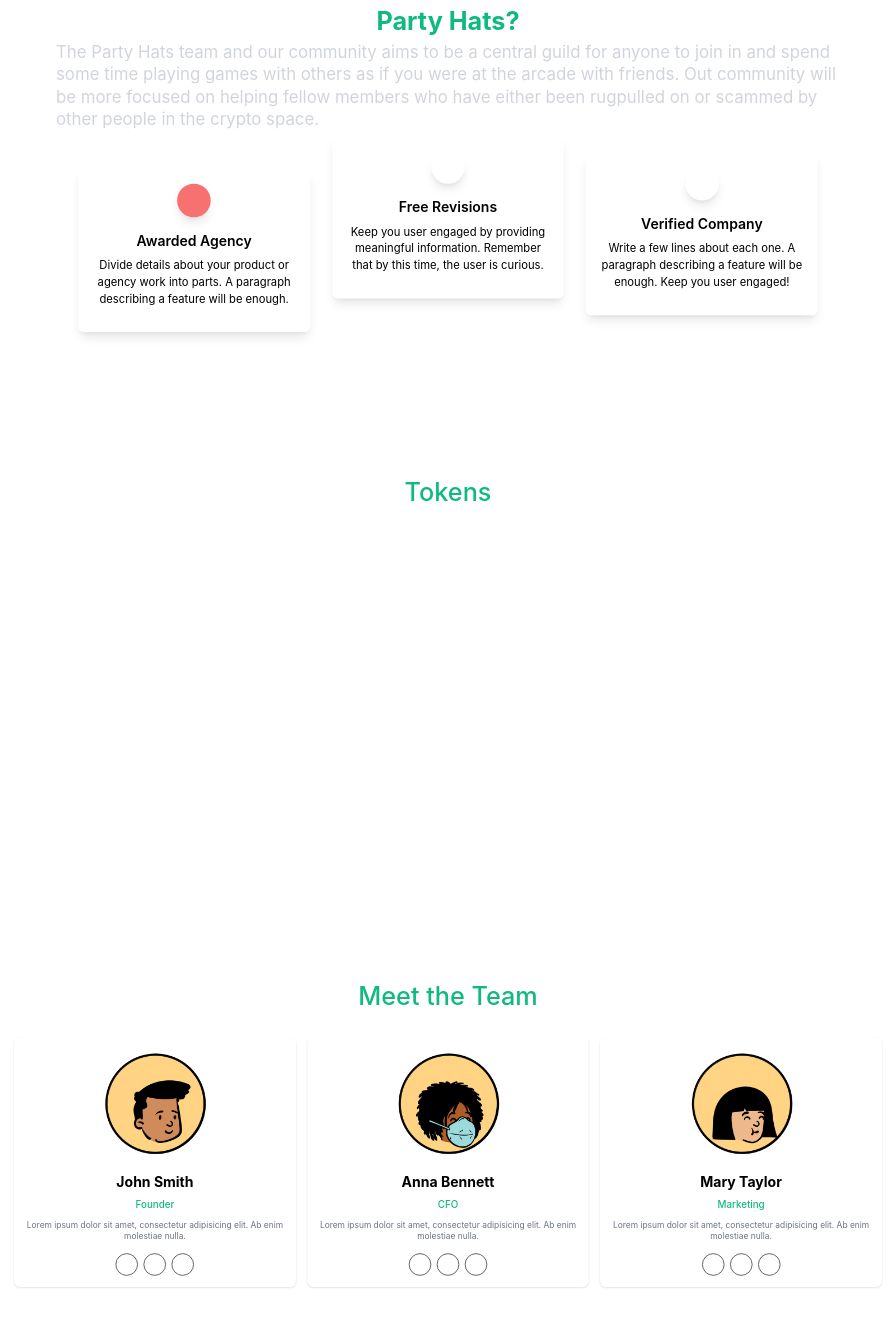
Repository: rhinorphan/phat-landing-page
Page: /
An editor plug-in stored every save of this project. The page is shown before and after the next save, followed by the edit.
The browser window is 1280 px wide. The pictures show the part of the page from y = 1359 to 3279 px (the page is 3944 px tall before and 3968 px after), at 70% of full size.
The project was rebuilt for these pictures with package versions that can differ from the ones it lists, and the page was loaded fresh each time. Also part of the build but not shown: craco.config.js.

Above is the page before, as saved 2021-11-17 17:29:15.

### public/index.html
<!DOCTYPE html>
<html lang="en">
  <head>
    <meta charset="utf-8" />
    <link rel="icon" href="%PUBLIC_URL%/assets/images/server_icon.png" />
    <meta name="PHAT" content="width=device-width, initial-scale=1" />
    <meta name="theme-color" content="#000000" />
    <meta
      name="description"
      content="PHAT Landing Page"
    />
    <link rel="apple-touch-icon" href="%PUBLIC_URL%/assets/images/server_icon.png" />
    <!--
      manifest.json provides metadata used when your web app is installed on a
      user's mobile device or desktop. See https://developers.google.com/web/fundamentals/web-app-manifest/
    -->
    <link rel="manifest" href="%PUBLIC_URL%/manifest.json" />
    <!--
      Notice the use of %PUBLIC_URL% in the tags above.
      It will be replaced with the URL of the `public` folder during the build.
      Only files inside the `public` folder can be referenced from the HTML.

      Unlike "/favicon.ico" or "favicon.ico", "%PUBLIC_URL%/favicon.ico" will
      work correctly both with client-side routing and a non-root public URL.
      Learn how to configure a non-root public URL by running `npm run build`.
    -->
    <title>Party Hats</title>
  </head>
  <body>
    <noscript>You need to enable JavaScript to run this app.</noscript>
    <div id="root"></div>
    <!--
      This HTML file is a template.
      If you open it directly in the browser, you will see an empty page.

      You can add webfonts, meta tags, or analytics to this file.
      The build step will place the bundled scripts into the <body> tag.

      To begin the development, run `npm start` or `yarn start`.
      To create a production bundle, use `npm run build` or `yarn build`.
    -->
  </body>
</html>

### src/App.js
import logo from './logo.svg';
import './App.css';
import Header from './components/Header';
import Contact from './components/Contact';
import Landing from './components/Landing';
import Community from './components/Community';
import Tokens from './components/Tokens';
import About from './components/About';

function App() {
  return (
    <div className="app">
        <Header />
        <div className="app__body">
          <Landing />
          <Community />
          <Tokens />
          <About />
          <Contact />
        </div>
    </div>
  );
}

export default App;

### src/App.css
.active {
  @apply py-4 px-2 text-green-500 border-b-4 border-green-500 font-semibold
}

.active2 {
  @apply block text-sm px-2 py-4 text-white bg-green-500 font-semibold
}

.nobull {
  list-style-type: none;
}

### src/components/Header.js
import React from 'react';
import { Link, animateScroll as scroll } from "react-scroll";

function Header() {

  const handleSubmit = (e) => {
    e.preventDefault();

		const menu = document.querySelector(".mobile-menu");

		menu.classList.toggle("hidden");
  }
  const scrollToTop = (e) => {
    scroll.scrollToTop();
  };

  return (
    <nav class="bg-white shadow-lg sticky top-0">
			<div class="max-w-6xl mx-auto px-4">
				<div class="flex justify-between">
					<div class="flex space-x-7">
						<div>
							<a href="" class="flex items-center py-4 px-2">
								<img src={`${process.env.PUBLIC_URL}/assets/images/server_icon.png`} alt="Logo" class="inline object-cover w-12 h-12 mr-4 rounded-full"/>
								<span onClick={scrollToTop}class="font-semibold text-gray-500 text-lg">Party Hats</span>
							</a>
						</div>
						<div class="hidden md:flex items-center space-x-1 nobull">
              <li><Link activeClass="active" className="py-4 px-2 text-gray-500 font-semibold hover:text-green-500 transition duration-300 cursor-pointer"
              to="landing" spy={true} smooth={true} duration={500}>Home</Link></li>
							<li><Link activeClass="active" className="py-4 px-2 text-gray-500 font-semibold hover:text-green-500 transition duration-300 cursor-pointer"
              to="community" spy={true} smooth={true} duration={500}>Community</Link></li>
              <li><Link activeClass="active" className="py-4 px-2 text-gray-500 font-semibold hover:text-green-500 transition duration-300 cursor-pointer"
              to="token" spy={true} smooth={true} duration={500}>Tokens</Link></li>
							<li><Link activeClass="active" className="py-4 px-2 text-gray-500 font-semibold hover:text-green-500 transition duration-300 cursor-pointer"
              to="about" spy={true} smooth={true} duration={500}>About</Link></li>
							<li><Link activeClass="active" className="py-4 px-2 text-gray-500 font-semibold hover:text-green-500 transition duration-300 cursor-pointer"
              to="contact" spy={true} smooth={true} duration={500}>Contact</Link></li>
						</div>
					</div>
					<div class="hidden md:flex items-center space-x-3 ">
						<a target="_blank" rel="noopener noreferrer" href="https://tetr.io/" class="py-2 px-8 font-medium text-white bg-green-500 hover:bg-green-400 transition duration-300 rounded-full">Play</a>
					</div>
					<div class="md:hidden flex items-center">
						<button class="outline-none mobile-menu-button" onClick={handleSubmit}>
						<svg class=" w-6 h-6 text-gray-500 hover:text-green-500 "
							x-show="!showMenu"
							fill="none"
							stroke-linecap="round"
							stroke-linejoin="round"
							stroke-width="2"
							viewBox="0 0 24 24"
							stroke="currentColor"
						>
							<path d="M4 6h16M4 12h16M4 18h16"></path>
						</svg>
					</button>
					</div>
				</div>
			</div>
			<div class="hidden mobile-menu">
				<ul class="">
					<li><Link activeClass="active2" className="block text-sm px-2 py-4 hover:bg-green-500 transition duration-300 hover:text-white cursor-pointer"
              to="landing" spy={true} smooth={true} duration={500}>Home</Link></li>
					<li><Link activeClass="active2" className="block text-sm px-2 py-4 hover:bg-green-500 transition duration-300 hover:text-white cursor-pointer"
              to="community" spy={true} smooth={true} duration={500}>Community</Link></li>
          <li><Link activeClass="active2" className="block text-sm px-2 py-4 hover:bg-green-500 transition duration-300 hover:text-white cursor-pointer"
              to="token" spy={true} smooth={true} duration={500}>Tokens</Link></li>
					<li><Link activeClass="active2" className="block text-sm px-2 py-4 hover:bg-green-500 transition duration-300 hover:text-white cursor-pointer"
              to="about" spy={true} smooth={true} duration={500}>About</Link></li>
					<li><Link activeClass="active2" className="block text-sm px-2 py-4 hover:bg-green-500 transition duration-300 hover:text-white cursor-pointer"
              to="contact" spy={true} smooth={true} duration={500}>Contact</Link></li>
				</ul>
			</div>
		</nav>
  )
}

export default Header

### src/components/Contact.js
import React from 'react'
import { Link, animateScroll as scroll } from "react-scroll";

function Contact() {

  return (
    <section
      className="text-gray-700 body-font h-100" name="contact">
        <div className="container px-5 py-18 mx-auto">
          <div className="flex flex-col text-center w-full mb-12">
            <h1 className="sm:text-4xl text-2xl font-medium title-font mb-4 text-green-500">
              Contact Us
            </h1>
            <p className="lg:w-2/3 mx-auto leading-relaxed text-base">
            Neque porro quisquam est qui dolorem ipsum quia dolor sit amet, consectetur, adipisci velit.
            </p>
          </div>
          <div className="lg:w-1/2 md:w-2/3 mx-auto">
            <div className="flex flex-wrap -m-2">
              <div className="p-2 w-1/2">
                <div className="">
                  <label for="name" className="leading-7 text-sm text-gray-600">
                    Name
                  </label>
                  <input
                    type="text"
                    id="name"
                    name="name"
                    className="w-full bg-gray-100 rounded border border-gray-300 focus:border-green-500 text-base outline-none text-gray-700 py-1 px-3 leading-8 transition-colors duration-200 ease-in-out"
                  />
                </div>
              </div>
              <div className="p-2 w-1/2">
                <div className="">
                  <label
                    for="email"
                    className="leading-7 text-sm text-gray-600"
                  >
                    Email
                  </label>
                  <input
                    type="email"
                    id="email"
                    name="email"
                    className="w-full bg-gray-100 rounded border border-gray-300 focus:border-green-500 text-base outline-none text-gray-700 py-1 px-3 leading-8 transition-colors duration-200 ease-in-out"
                  />
                </div>
              </div>
              <div className="p-2 w-full">
                <div className="">
                  <label
                    for="message"
                    className="leading-7 text-sm text-gray-600"
                  >
                    Message
                  </label>
                  <textarea
                    id="message"
                    name="message"
                    className="w-full bg-gray-100 rounded border border-gray-300 focus:border-green-500 h-32 text-base outline-none text-gray-700 py-1 px-3 resize-none leading-6 transition-colors duration-200 ease-in-out"
                  ></textarea>
                </div>
              </div>
              <div className="p-2 w-full">
                <button className="flex mx-auto py-2 px-8 font-medium text-white bg-green-500 rounded hover:bg-green-400 transition duration-300">
                  Send
                </button>
              </div>
              <div className="p-2 w-full pt-8 mt-8 border-t border-gray-200 text-center">
                <a className="text-green-500">example@email.com</a>
                <p className="leading-normal my-5">
                  49 Smith St.
                  <br />
                  Saint Cloud, MN 56301
                </p>
                <span className="inline-flex">
                  <a className="ml-4 text-gray-500">
                    <svg xmlns="http://www.w3.org/2000/svg" className="w-5 h-5" fill="currentColor" class="bi bi-discord" viewBox="0 0 16 16">
                      <path d="M13.545 2.907a13.227 13.227 0 0 0-3.257-1.011.05.05 0 0 0-.052.025c-.141.25-.297.577-.406.833a12.19 12.19 0 0 0-3.658 0 8.258 8.258 0 0 0-.412-.833.051.051 0 0 0-.052-.025c-1.125.194-2.22.534-3.257 1.011a.041.041 0 0 0-.021.018C.356 6.024-.213 9.047.066 12.032c.001.014.01.028.021.037a13.276 13.276 0 0 0 3.995 2.02.05.05 0 0 0 .056-.019c.308-.42.582-.863.818-1.329a.05.05 0 0 0-.01-.059.051.051 0 0 0-.018-.011 8.875 8.875 0 0 1-1.248-.595.05.05 0 0 1-.02-.066.051.051 0 0 1 .015-.019c.084-.063.168-.129.248-.195a.05.05 0 0 1 .051-.007c2.619 1.196 5.454 1.196 8.041 0a.052.052 0 0 1 .053.007c.08.066.164.132.248.195a.051.051 0 0 1-.004.085 8.254 8.254 0 0 1-1.249.594.05.05 0 0 0-.03.03.052.052 0 0 0 .003.041c.24.465.515.909.817 1.329a.05.05 0 0 0 .056.019 13.235 13.235 0 0 0 4.001-2.02.049.049 0 0 0 .021-.037c.334-3.451-.559-6.449-2.366-9.106a.034.034 0 0 0-.02-.019Zm-8.198 7.307c-.789 0-1.438-.724-1.438-1.612 0-.889.637-1.613 1.438-1.613.807 0 1.45.73 1.438 1.613 0 .888-.637 1.612-1.438 1.612Zm5.316 0c-.788 0-1.438-.724-1.438-1.612 0-.889.637-1.613 1.438-1.613.807 0 1.451.73 1.438 1.613 0 .888-.631 1.612-1.438 1.612Z"/>
                    </svg>
                  </a>
                  <a className="ml-4 text-gray-500">
                    <svg xmlns="http://www.w3.org/2000/svg" className="w-5 h-5" fill="currentColor" class="bi bi-telegram" viewBox="0 0 16 16">
                      <path d="M16 8A8 8 0 1 1 0 8a8 8 0 0 1 16 0zM8.287 5.906c-.778.324-2.334.994-4.666 2.01-.378.15-.577.298-.595.442-.03.243.275.339.69.47l.175.055c.408.133.958.288 1.243.294.26.006.549-.1.868-.32 2.179-1.471 3.304-2.214 3.374-2.23.05-.012.12-.026.166.016.047.041.042.12.037.141-.03.129-1.227 1.241-1.846 1.817-.193.18-.33.307-.358.336a8.154 8.154 0 0 1-.188.186c-.38.366-.664.64.015 1.088.327.216.589.393.85.571.284.194.568.387.936.629.093.06.183.125.27.187.331.236.63.448.997.414.214-.02.435-.22.547-.82.265-1.417.786-4.486.906-5.751a1.426 1.426 0 0 0-.013-.315.337.337 0 0 0-.114-.217.526.526 0 0 0-.31-.093c-.3.005-.763.166-2.984 1.09z"/>
                    </svg>
                  </a>
                </span>
              </div>
            </div>
          </div>
        </div>
      </section>
  )
}

export default Contact

### src/components/Landing.js
import React from 'react'
import { Link, animateScroll as scroll } from "react-scroll";

function Landing() {
  return (
    <section className="grid md:flex place-items-center h-screen py-10 px-4" name="landing">
      <div class="mx-16">
        <h2 class="text-4xl  font-bold mb-2 text-green-500">
          Community Arcade Cabinet
        </h2>
        <h3 class="text-2xl mb-2 text-gray-300">
        With your beloved games.
        </h3>
        <h3 class="text-2xl mb-8 text-green-500">
        Join the revolution!
        </h3>

        <button class="m-2 bg-white font-bold rounded-full py-4 px-8 shadow-lg uppercase tracking-wider text-green-500 hover:bg-green-400 transition duration-300 hover:text-white">
          <a target="_blank" rel="noopener noreferrer" href="https://lionell-moore.gitbook.io/crypto-party-hats/introductions/what-is-party-hats">Whitepaper</a>
        </button>
        <button class="m-2 bg-white font-bold rounded-full py-4 px-8 shadow-lg uppercase tracking-wider text-green-500 hover:bg-green-400 transition duration-300 hover:text-white">
          <a target="_blank" rel="noopener noreferrer" href="#"><Link activeClass="active"
              to="community" spy={true} smooth={true} duration={500}>Learn More</Link></a>
        </button>
      </div>
      <div className="w-full">
        <img src={`${process.env.PUBLIC_URL}/assets/images/landing.png`} alt="" className="h-full w-full"/>
      </div>
    </section>
  )
}

export default Landing

### src/components/Community.js
import React from 'react'

function Community() {
  return (
    <section className="grid md:grid place-items-center h-100 py-10 px-4" name="community">
      <div className="w-min-50">
        <img src={`${process.env.PUBLIC_URL}/assets/images/collab.png`} alt=""/>
      </div>
      <div class="mx-16 w-50">
        <h2 class="flex text-4xl  font-bold mb-2 text-green-500 justify-center">
        Party Hats?
        </h2>
        <h3 class="flex text-2xl mb-2 text-gray-300 justify-content">
        The Party Hats team and our community aims to be a central guild for anyone to join in and spend some time playing games with others as if you were at the arcade with friends. Out community will be more focused on helping fellow members who have either been rugpulled on or scammed by other people in the crypto space.
        </h3>
        <section class="pb-10 bg-blueGray-200 mt-2">
        <div class="container mx-auto px-4">
          <div class="flex flex-wrap">
            <div class="lg:pt-12 pt-6 w-full md:w-4/12 px-4 text-center">
              <div class="relative flex flex-col min-w-0 break-words bg-white w-full mb-8 shadow-lg rounded-lg">
                <div class="px-4 py-5 flex-auto">
                  <div class="text-white p-3 text-center inline-flex items-center justify-center w-12 h-12 mb-5 shadow-lg rounded-full bg-red-400">
                    <i class="fas fa-award"></i>
                  </div>
                  <h6 class="text-xl font-semibold">Awarded Agency</h6>
                  <p class="mt-2 mb-4 text-blueGray-500">
                    Divide details about your product or agency work into parts.
                    A paragraph describing a feature will be enough.
                  </p>
                </div>
              </div>
            </div>
            <div class="w-full md:w-4/12 px-4 text-center">
              <div class="relative flex flex-col min-w-0 break-words bg-white w-full mb-8 shadow-lg rounded-lg">
                <div class="px-4 py-5 flex-auto">
                  <div class="text-white p-3 text-center inline-flex items-center justify-center w-12 h-12 mb-5 shadow-lg rounded-full bg-lightBlue-400">
                    <i class="fas fa-retweet"></i>
                  </div>
                  <h6 class="text-xl font-semibold">Free Revisions</h6>
                  <p class="mt-2 mb-4 text-blueGray-500">
                    Keep you user engaged by providing meaningful information.
                    Remember that by this time, the user is curious.
                  </p>
                </div>
              </div>
            </div>
            <div class="pt-6 w-full md:w-4/12 px-4 text-center">
              <div class="relative flex flex-col min-w-0 break-words bg-white w-full mb-8 shadow-lg rounded-lg">
                <div class="px-4 py-5 flex-auto">
                  <div class="text-white p-3 text-center inline-flex items-center justify-center w-12 h-12 mb-5 shadow-lg rounded-full bg-emerald-400">
                    <i class="fas fa-fingerprint"></i>
                  </div>
                  <h6 class="text-xl font-semibold">Verified Company</h6>
                  <p class="mt-2 mb-4 text-blueGray-500">
                    Write a few lines about each one. A paragraph describing a
                    feature will be enough. Keep you user engaged!
                  </p>
                </div>
              </div>
            </div>
          </div>
        </div>
        </section>
      </div>
    </section>
  )
}

export default Community

### src/components/Tokens.js
import React from 'react'

function Tokens() {
  return (
    <section name="token" className="h-screen container px-5 py-24 mx-auto flex justify-center">
      <p className="sm:text-4xl text-2xl font-medium title-font mb-4 text-green-500">Tokens</p>
    </section>
  )
}

export default Tokens

### src/components/About.js
import React from 'react'

// shadow-lg border border-gray-200 rounded-full overflow-hidden - picture TEAM div className

function About() {
  return (
    <section name="about" className="h-100 container px-5 py-24 mx-auto flex-col">
      <div>
        <p className="flex justify-center sm:text-4xl text-2xl font-medium title-font mb-10 text-green-500">Meet the Team</p>
      </div>
      <div class="flex flex-col sm:flex-row gap-4">

			<div class="flex flex-col items-center justify-center bg-white p-4 shadow rounded-lg">
				<div class="inline-flex h-40 w-40">
					<img src={`${process.env.PUBLIC_URL}/assets/images/team1.png`}
						 alt=""
						 class="h-full w-full"/>
				</div>

				<h2 class="mt-4 font-bold text-xl">John Smith</h2>
				<h6 class="mt-2 text-sm font-medium text-green-500">Founder</h6>

				<p class="text-xs text-gray-500 text-center mt-3">
					Lorem ipsum dolor sit amet, consectetur adipisicing elit. Ab enim molestiae nulla.
				</p>

				<ul class="flex flex-row mt-4 space-x-2">
					<li>
						<a href="" class="flex items-center justify-center h-8 w-8 border rounded-full text-gray-800 border-gray-800">
							<i class="fab fa-facebook"></i>
						</a>
					</li>
					<li>
						<a href="" class="flex items-center justify-center h-8 w-8 border rounded-full text-gray-800 border-gray-800">
							<i class="fab fa-twitter"></i>
						</a>
					</li>
					<li>
						<a href="" class="flex items-center justify-center h-8 w-8 border rounded-full text-gray-800 border-gray-800">
							<i class="fab fa-instagram"></i>
						</a>
					</li>
				</ul>
			</div>

			<div class="flex flex-col items-center justify-center bg-white p-4 shadow rounded-lg">
				<div class="inline-flex h-40 w-40">
					<img src={`${process.env.PUBLIC_URL}/assets/images/team2.png`}
						 alt=""
						 class="h-full w-full"/>
				</div>

				<h2 class="mt-4 font-bold text-xl">Anna Bennett</h2>
				<h6 class="mt-2 text-sm font-medium text-green-500">CFO</h6>

				<p class="text-xs text-gray-500 text-center mt-3">
					Lorem ipsum dolor sit amet, consectetur adipisicing elit. Ab enim molestiae nulla.
				</p>

				<ul class="flex flex-row mt-4 space-x-2">
					<li>
						<a href="" class="flex items-center justify-center h-8 w-8 border rounded-full text-gray-800 border-gray-800">
							<i class="fab fa-facebook"></i>
						</a>
					</li>
					<li>
						<a href="" class="flex items-center justify-center h-8 w-8 border rounded-full text-gray-800 border-gray-800">
							<i class="fab fa-twitter"></i>
						</a>
					</li>
					<li>
						<a href="" class="flex items-center justify-center h-8 w-8 border rounded-full text-gray-800 border-gray-800">
							<i class="fab fa-instagram"></i>
						</a>
					</li>
				</ul>
			</div>

			<div class="flex flex-col items-center justify-center bg-white p-4 shadow rounded-lg">
				<div class="inline-flex h-40 w-40">
					<img src={`${process.env.PUBLIC_URL}/assets/images/team3.png`}
						 alt=""
						 class="h-full w-full"/>
				</div>

				<h2 class="mt-4 font-bold text-xl">Mary Taylor</h2>
				<h6 class="mt-2 text-sm font-medium text-green-500">Marketing</h6>

				<p class="text-xs text-gray-500 text-center mt-3">
					Lorem ipsum dolor sit amet, consectetur adipisicing elit. Ab enim molestiae nulla.
				</p>

				<ul class="flex flex-row mt-4 space-x-2">
					<li>
						<a href="" class="flex items-center justify-center h-8 w-8 border rounded-full text-gray-800 border-gray-800">
							<i class="fab fa-facebook"></i>
						</a>
					</li>
					<li>
						<a href="" class="flex items-center justify-center h-8 w-8 border rounded-full text-gray-800 border-gray-800">
							<i class="fab fa-twitter"></i>
						</a>
					</li>
					<li>
						<a href="" class="flex items-center justify-center h-8 w-8 border rounded-full text-gray-800 border-gray-800">
							<i class="fab fa-instagram"></i>
						</a>
					</li>
				</ul>
			</div>

		</div>

    </section>
  )
}

export default About

Loaded but not shown: src/index.js (common file); src/index.css (common file); src/reportWebVitals.js (common file); tailwind.config.js (common file)

After the next save:
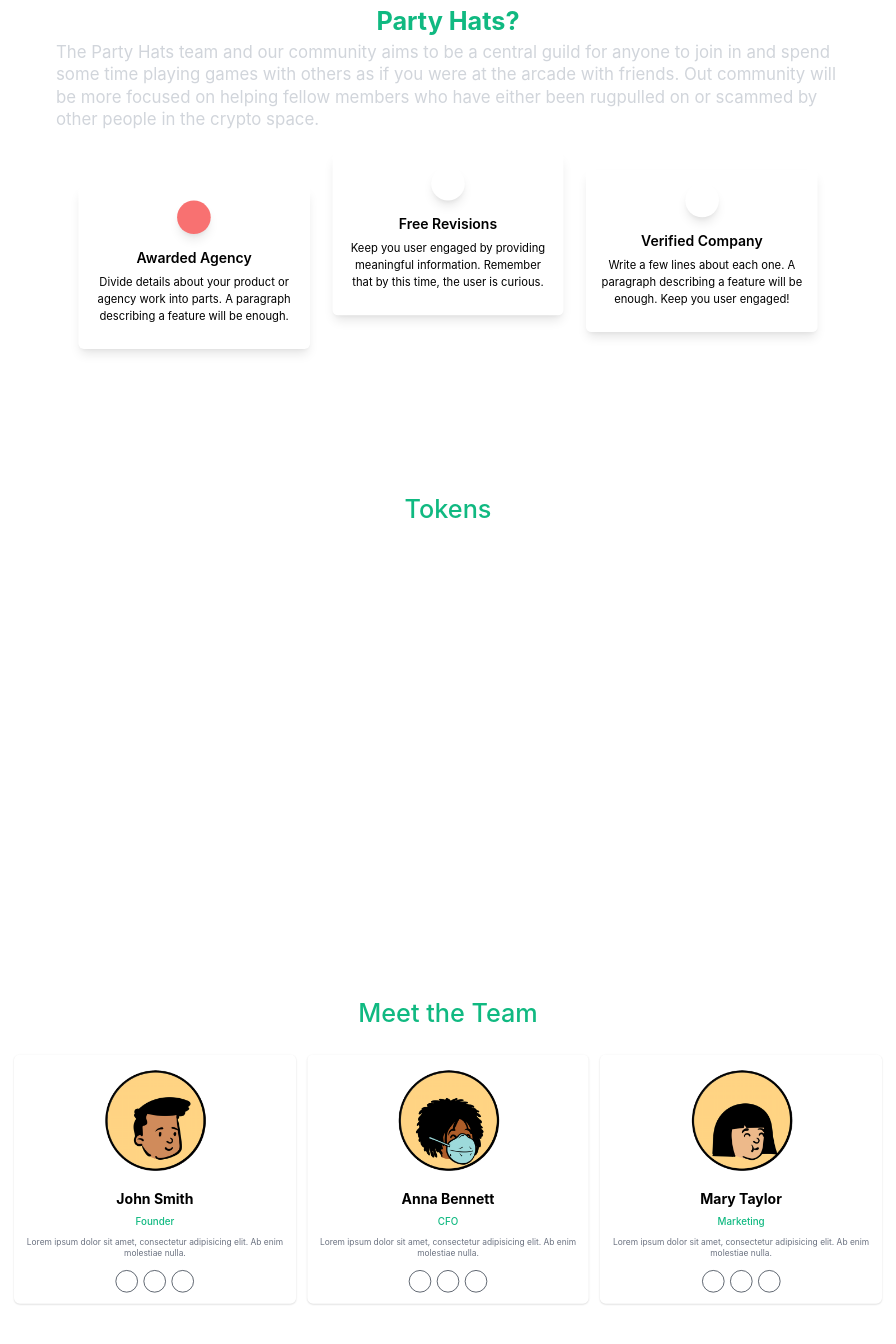
Saved 12 s later.
--- a/src/components/Community.js
+++ b/src/components/Community.js
@@ -13,7 +13,7 @@ function Community() {
         <h3 class="flex text-2xl mb-2 text-gray-300 justify-content">
         The Party Hats team and our community aims to be a central guild for anyone to join in and spend some time playing games with others as if you were at the arcade with friends. Out community will be more focused on helping fellow members who have either been rugpulled on or scammed by other people in the crypto space.
         </h3>
-        <section class="pb-10 bg-blueGray-200 mt-2">
+        <section class="pb-10 bg-blueGray-200 mt-8">
         <div class="container mx-auto px-4">
           <div class="flex flex-wrap">
             <div class="lg:pt-12 pt-6 w-full md:w-4/12 px-4 text-center">
